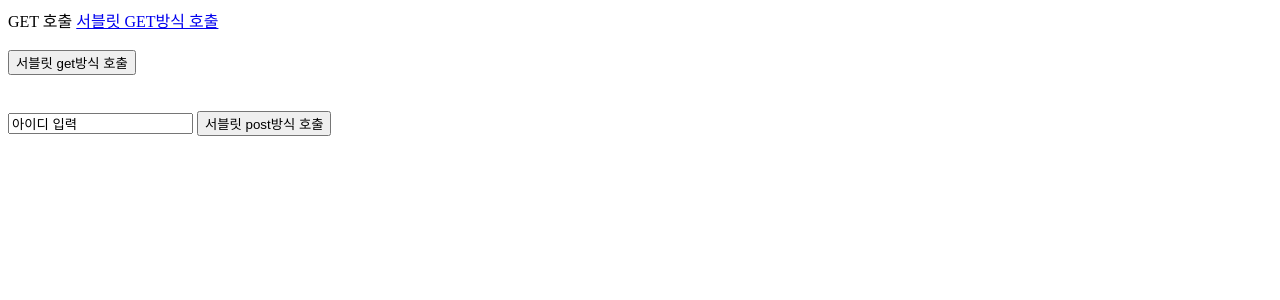
Repository: Won-Hyuk-Lee/kosta_java
Page: http://localhost/web_prj/Practice_Servlet_Call.jsp
These files come from the project's save history. The page is drawn as it stood at one moment and after the next save; the edit follows.
The browser window is 1280 px wide. The pictures show the whole page.
The page is served by Tomcat 9. Nobody is signed in. The application's start-up code is not run.

Above is the page before, as saved 2024-05-21 07:31:41.

After the next save:
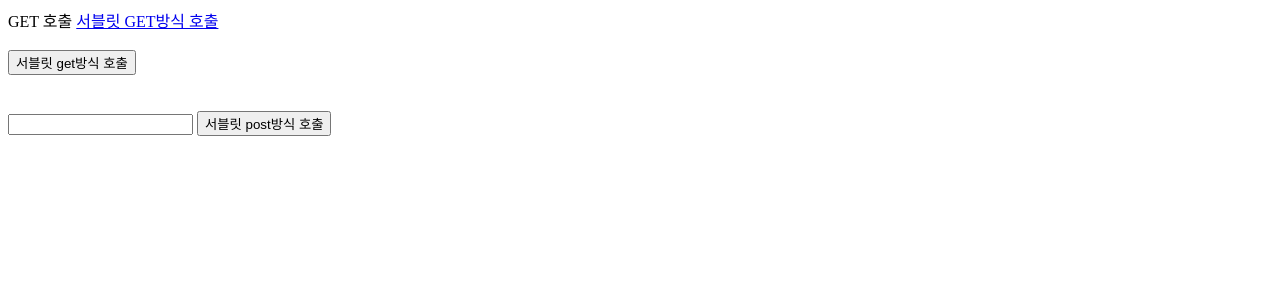
Saved 23 s later.
--- a/web_prj/src/main/webapp/Practice_Servlet_Call.jsp
+++ b/web_prj/src/main/webapp/Practice_Servlet_Call.jsp
@@ -16,7 +16,7 @@
 </form><br><br>
 
 <form method="post" action="/board_servlet_url">
-	<input type = "text" value = "아이디 입력">
+	<input type = "text" value = "">
 	<input type = "submit" value = "서블릿 post방식 호출">
 </form><br><br>
 </body>
